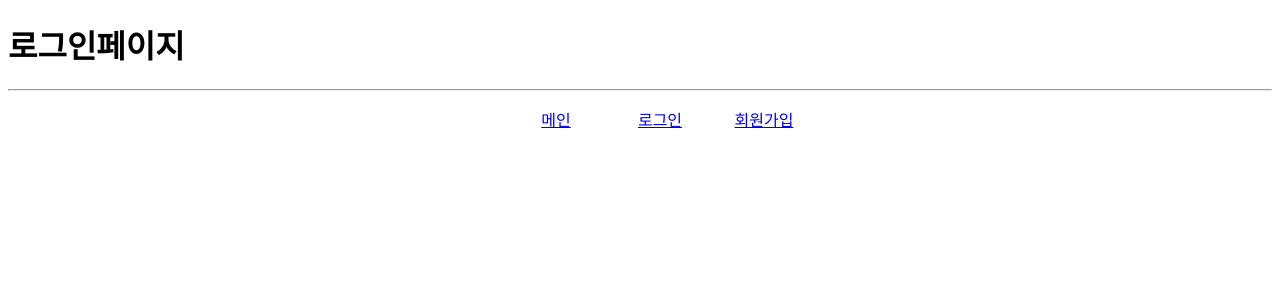
Repository: sunandjun/jspwork
Page: http://localhost/cos/login.jsp
The author's editor kept a copy of each file at every save. The page is drawn from the files as they stood at one save, then again after the next save.
The browser window is 1280 px wide. The pictures show the whole page.
The page is served by Tomcat 9. Other server files are loaded and not shown.

Above is the page before, as saved 2020-08-22 05:37:57.

### cos/WebContent/login.jsp
<%@ page language="java" contentType="text/html; charset=UTF-8"
    pageEncoding="UTF-8"%>
<!DOCTYPE html>
<html>
<head>
<meta charset="UTF-8">
<title>로그인페이지</title>
<style type="text/css">
	ul {
		text-align: center;
	}

	li {
		display: inline-block;
		width: 100px;
	}

</style>
</head>
<body>
<h1>로그인페이지</h1>
<hr/>
<ul>
	<li><a href="main.jsp">메인</a></li>
	<li><a href="login.jsp">로그인</a></li>
	<li><a href="join.jsp">회원가입</a></li>
</ul>
</body>
</html>

After the next save:
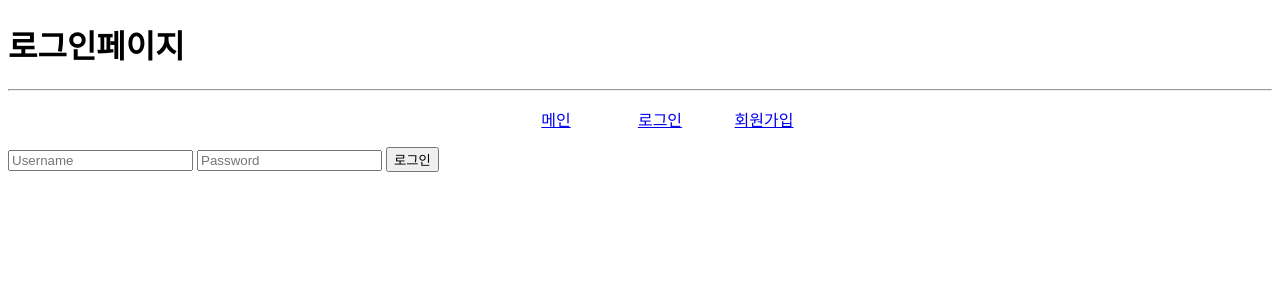
Saved 28 min 36 s later.
--- a/cos/WebContent/login.jsp
+++ b/cos/WebContent/login.jsp
@@ -25,5 +25,10 @@
 	<li><a href="login.jsp">로그인</a></li>
 	<li><a href="join.jsp">회원가입</a></li>
 </ul>
+<form action="">
+	<input type="text" name="username" placeholder="Username"/>
+	<input type="password" name="password" placeholder="Password"/>
+	<button>로그인</button>
+</form>
 </body>
 </html>
